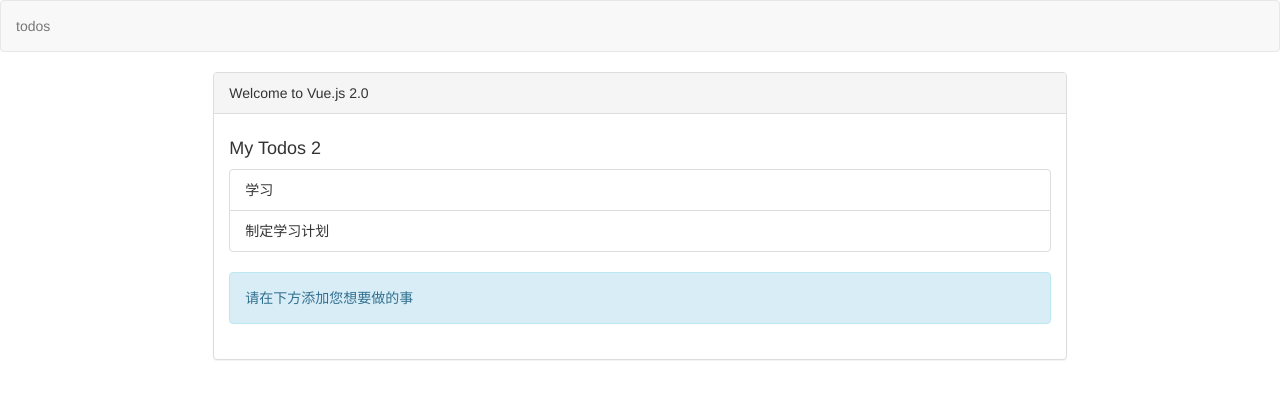
Repository: myr1111/todo
Page: Todoapp/index.html
The author's editor kept a copy of each file at every save. The page is drawn from the files as they stood at one save, then again after a run of saves.
The browser window is 1280 px wide. The pictures show the whole page.

Above is the page before, as saved 2019-04-01 08:26:36.

### Todoapp/index.html
<!DOCTYPE html>
<html lang="en">
<head>
    <meta charset="UTF-8">
    <meta name="viewport" content="width=device-width, initial-scale=1.0">
    <meta http-equiv="X-UA-Compatible" content="ie=edge">
    <title>Document</title>
    <link rel="stylesheet" href="bootstrap.min.css">
    <script src="vue.min.js"></script>
</head>
<body>
    <nav class="navbar navbar-default">
        <p class="navbar-text">todos</p>
    </nav>
    <div id="app" class="container col-md-8 col-md-offset-2">
        <div class="row">
            <div class="panel panel-default">
                <div class=" panel-heading">Welcome to Vue.js 2.0</div>
                <div class="panel-body">
                    <h4>My Todos {{todosCount}}</h4>
                    <ul class="list-group">
                        <li class="list-group-item"
                            v-for="todo in todos"
                        >{{todo.title}}</li>
                    </ul>
                    <div class="alert alert-info">请在下方添加您想要做的事</div>
                </div>
            </div>
        </div>
    </div>
    <script>
        new Vue({
            el : "#app",
            data : {
                todos : [
                    {title : "学习"},
                    {title : "制定学习计划"}
                ]
            },
            computed: {
                todosCount(){
                    return this.todos.length;
                }
            },
        });

    </script>
</body>
</html>

Loaded but not shown: Todoapp/bootstrap.min.css (library); Todoapp/vue.min.js (library)

After the next 5 saves:
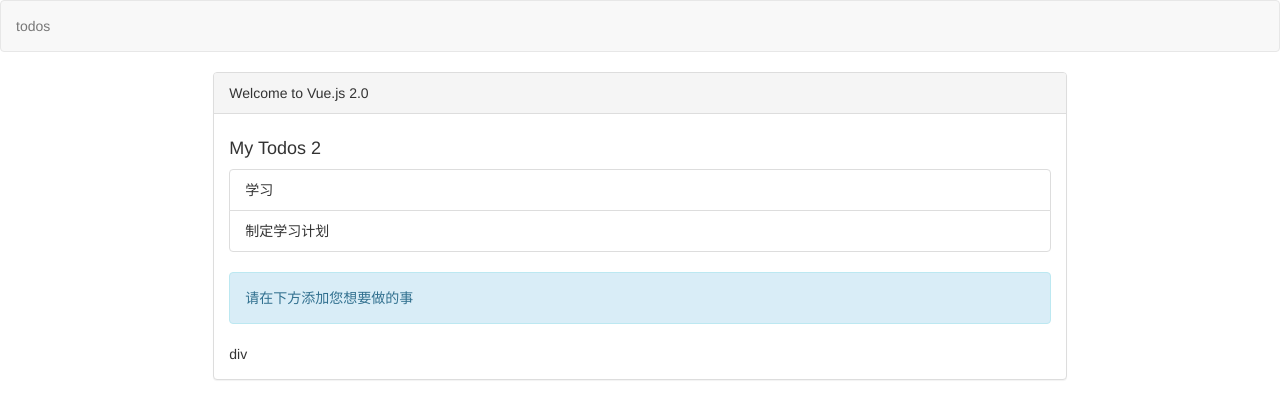
The 5 saves are shown as one change because they came seconds apart.
The last was saved 32 s later.
--- a/Todoapp/index.html
+++ b/Todoapp/index.html
@@ -24,6 +24,9 @@
                         >{{todo.title}}</li>
                     </ul>
                     <div class="alert alert-info">请在下方添加您想要做的事</div>
+                    <form >
+                        div
+                    </form>
                 </div>
             </div>
         </div>

After the save that followed:
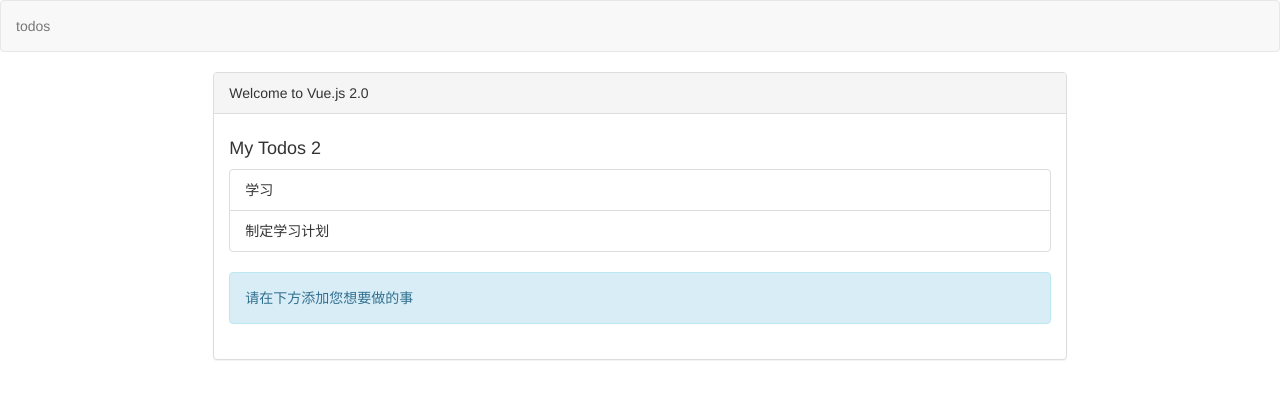
Saved 5 s later.
--- a/Todoapp/index.html
+++ b/Todoapp/index.html
@@ -25,7 +25,7 @@
                     </ul>
                     <div class="alert alert-info">请在下方添加您想要做的事</div>
                     <form >
-                        div
+                        <div class="form-group"></div>
                     </form>
                 </div>
             </div>
